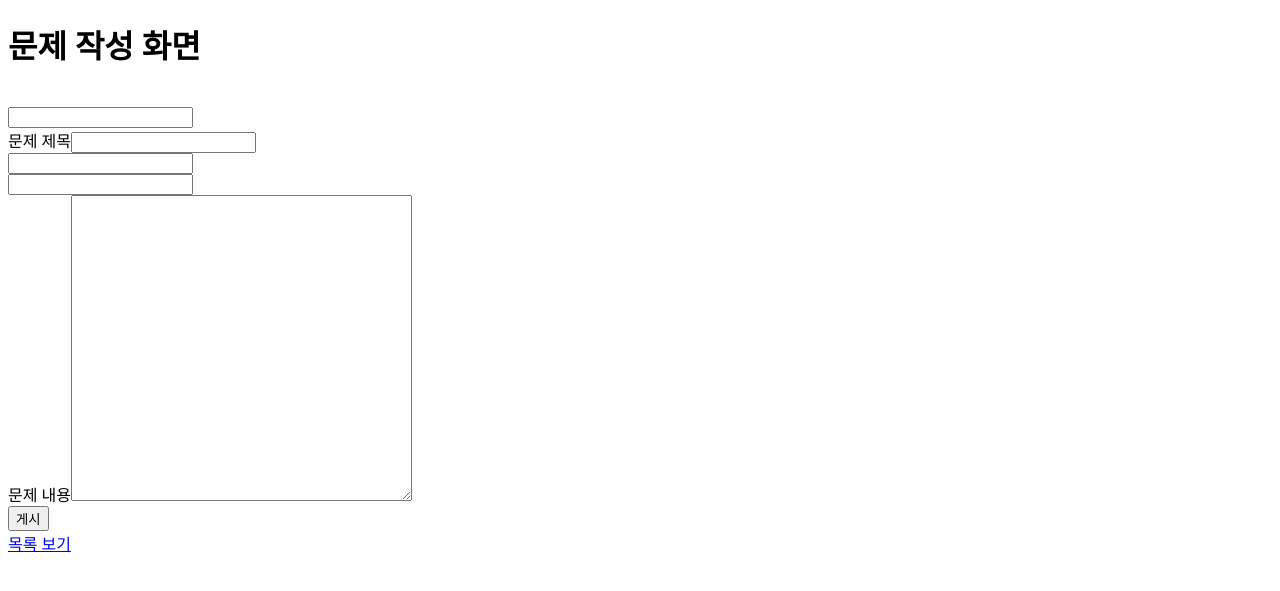
Repository: ryuhm48/Opensource-Project05
Page: http://localhost/Problems/Problems/ProblemWrite.jsp
These files come from the project's save history. The page is drawn as it stood at one moment and after the next save; the edit follows.
The browser window is 1280 px wide. The pictures show the whole page.
The page is served by Tomcat 9. Other server files are loaded and not shown.

Above is the page before, as saved 2019-06-02 01:24:26.

### 문제 풀이 제출 추가/Problems/WebContent/Problems/ProblemWrite.jsp
<%@ page language="java" contentType="text/html; charset=UTF-8"
pageEncoding="UTF-8"%>

<!DOCTYPE html PUBLIC "-//W3C//DTD HTML 4.01Transitional//EN" "http://www.w3.org/TR/html4/loose.dtd">
<html>
<head>
<meta http-equiv="Content-Type" content = text/html; charset="UTF-8">
<title>문제 작성</title>
</head>
<body>
	<h1>문제 작성 화면</h1>

	<form action = "write.do" method = "post">
		<input type = "text" name = "studyNum" style = "display : none;"><br/>
		<input type = "text" name = "problemNum2"><br/>
		문제 제목<input type = "text" name = "problemName"><br/>
		<input type = "text" name = "problemLanguage"><br/>
		<input type = "text" name = "writerName"><br/>
		문제 내용<textarea name = "problemContent" rows="20" cols="40"></textarea><br/>
		<input type = "submit" value = "게시">
	</form>

	<a href="list.do">목록 보기</a>

</body>
</html>

After the next save:
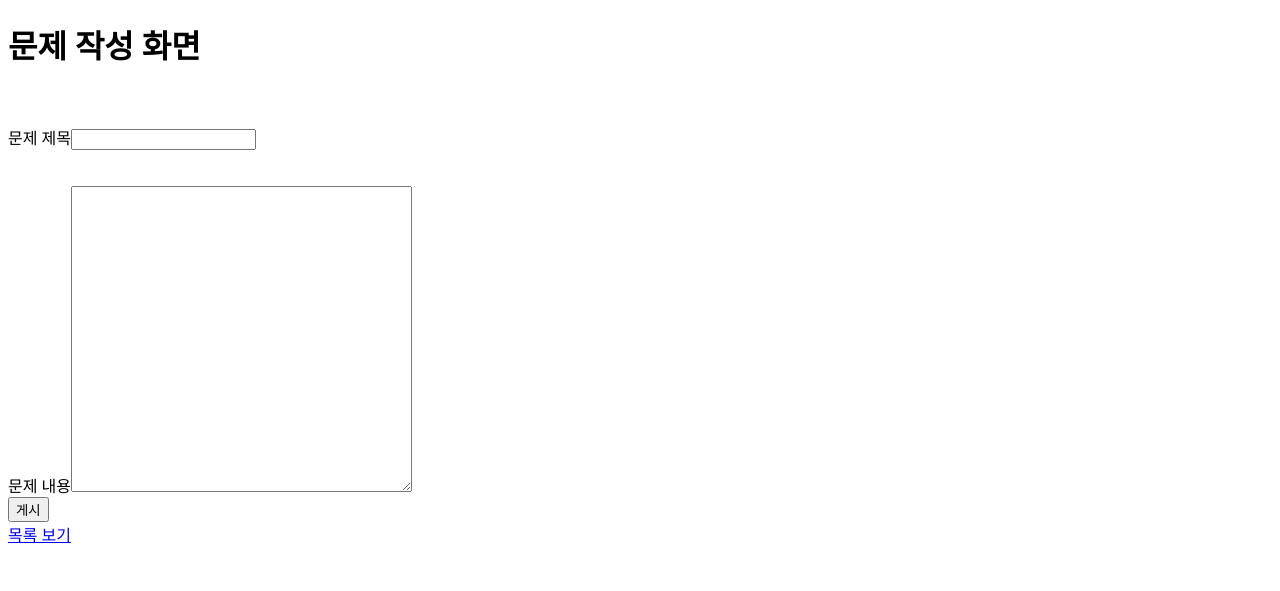
Saved 14 s later.
--- a/문제 풀이 제출 추가/Problems/WebContent/Problems/ProblemWrite.jsp
+++ b/문제 풀이 제출 추가/Problems/WebContent/Problems/ProblemWrite.jsp
@@ -12,10 +12,10 @@ pageEncoding="UTF-8"%>
 
 	<form action = "write.do" method = "post">
 		<input type = "text" name = "studyNum" style = "display : none;"><br/>
-		<input type = "text" name = "problemNum2"><br/>
+		<input type = "text" name = "problemNum2" style = "display : none;"><br/>
 		문제 제목<input type = "text" name = "problemName"><br/>
-		<input type = "text" name = "problemLanguage"><br/>
-		<input type = "text" name = "writerName"><br/>
+		<input type = "text" name = "problemLanguage" style = "display : none;"><br/>
+		<input type = "text" name = "writerName" style = "display : none;"><br/>
 		문제 내용<textarea name = "problemContent" rows="20" cols="40"></textarea><br/>
 		<input type = "submit" value = "게시">
 	</form>
